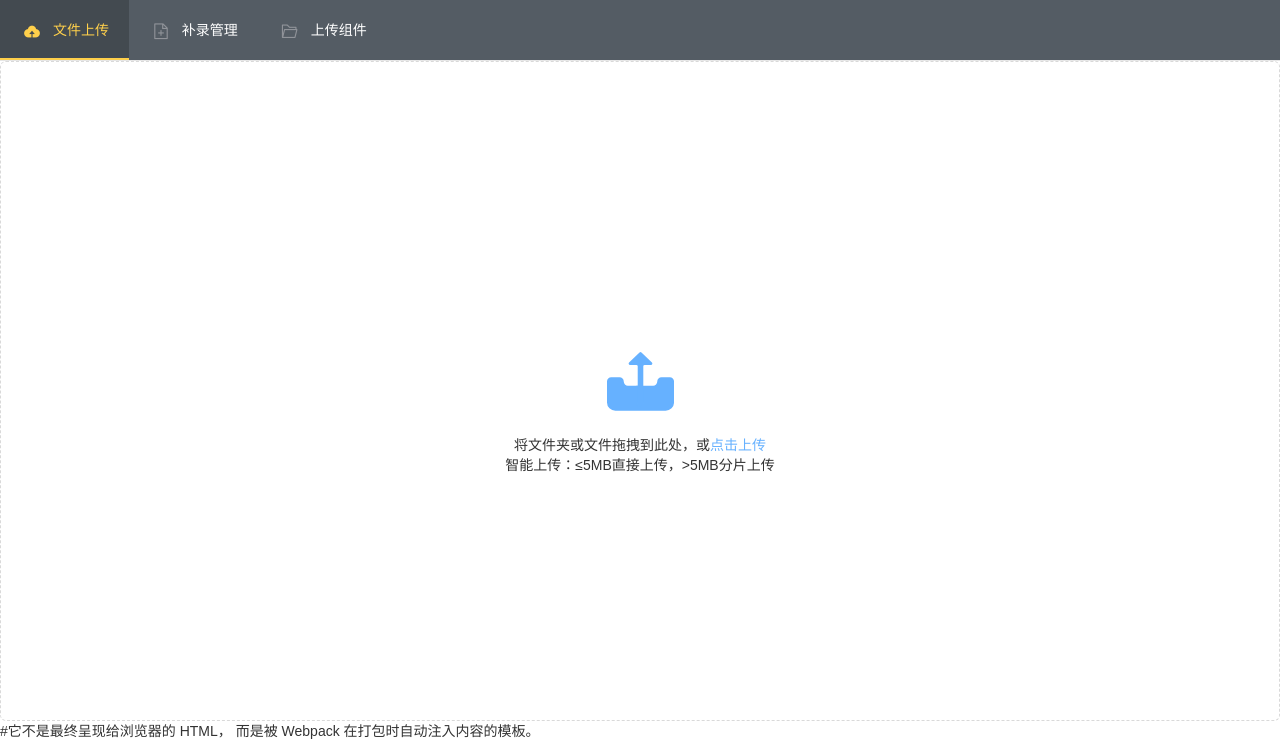
Repository: Savannah20041208/new_web-vue2
Page: /
An editor plug-in stored every save of this project. The page is shown before and after the next save, followed by the edit.
The browser window is 1280 px wide. The pictures show the whole page.
The page's requests for data from a server got no answer. The project was rebuilt for these pictures with package versions that can differ from the ones it lists, and the page was loaded fresh each time. No one was signed in, and anything a server would have sent is missing. Also part of the build but not shown: vue.config.js, src/components/x-upload/components/x-file.vue, src/components/supplement/index.vue.

Above is the page before, as saved 2025-08-04 22:04:30.

After the next save:
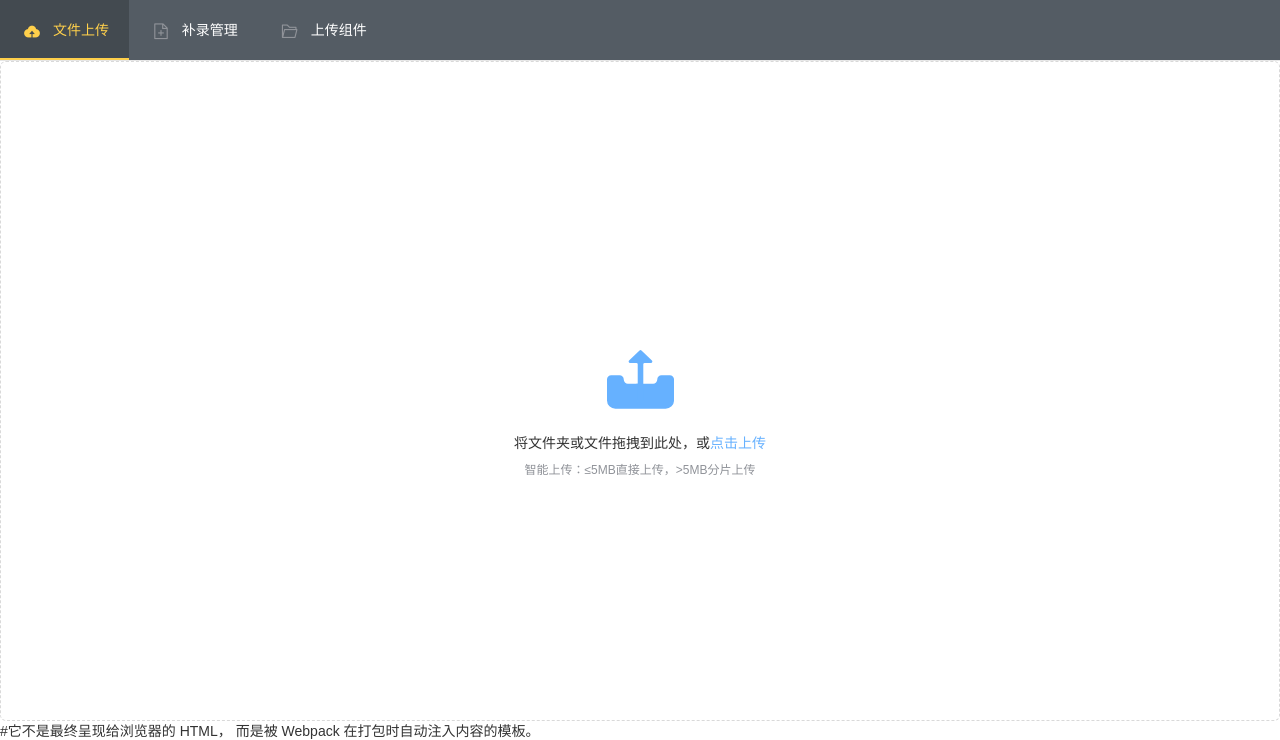
Saved 20 s later.
--- a/src/components/x-upload/components/folder-drag-upload/index.vue
+++ b/src/components/x-upload/components/folder-drag-upload/index.vue
@@ -215,6 +215,13 @@ export default {
         color: #66b1ff;
       }
     }
+
+    .upload__tip {
+      margin-top: 8px;
+      font-size: 12px;
+      color: #909399;
+      text-align: center;
+    }
   }
 
   .tip_container {
